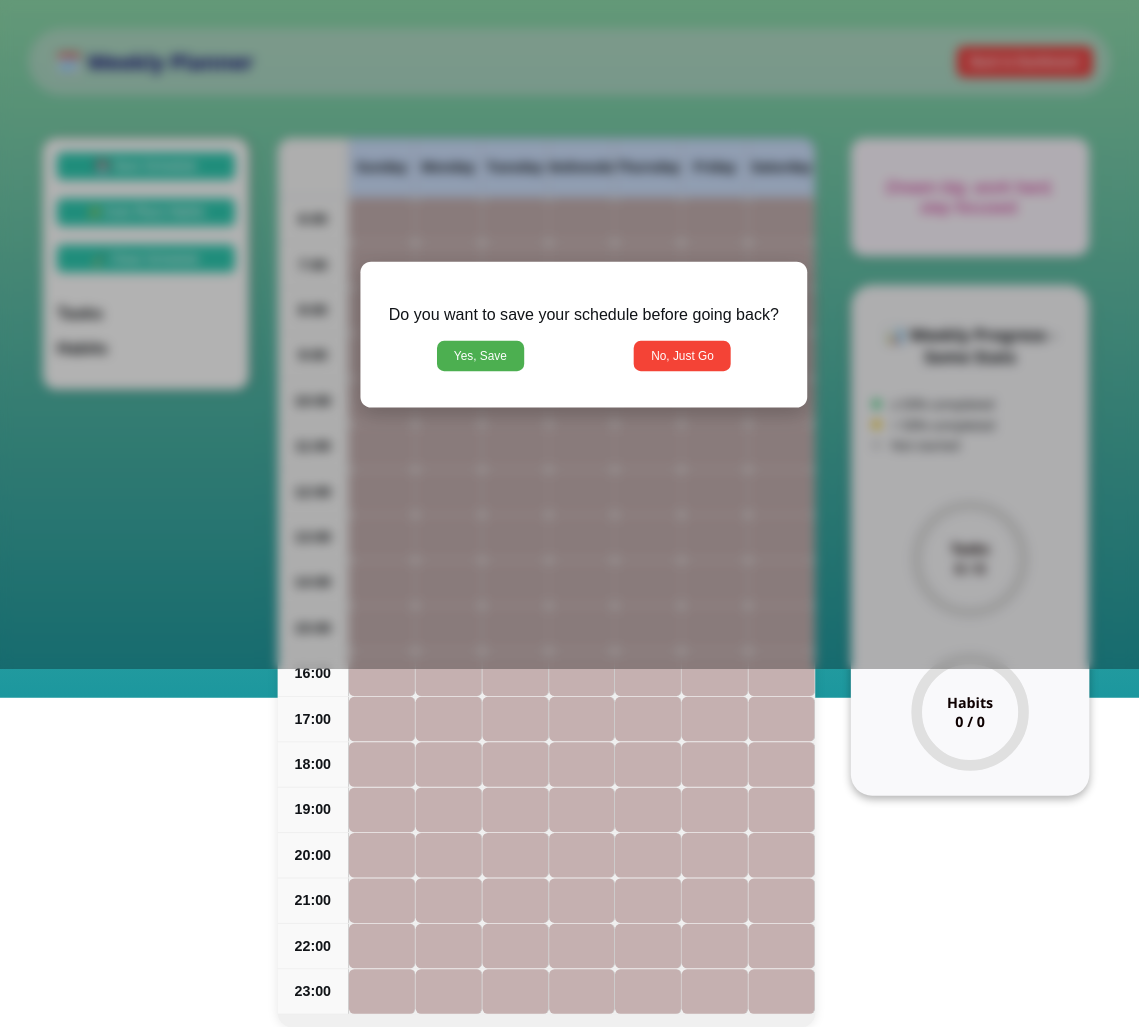
Repository: RachelB9913/smart-task-and-habit-tracker
Page: /schedule, after clicking the first element matching `button.logout-button`
The author's editor kept a copy of each file at every save. The page is drawn from the files as they stood at one save, then again after the next save.
The browser window is 1280 px wide. The pictures show the whole page, at 89% of full size.
The project was rebuilt for these pictures with package versions that can differ from the ones it lists, and the page was loaded fresh each time. Also part of the build but not shown: src/components/PageWrapper.js, src/components/welcome.js, src/services/api.js, src/components/Login.js, src/components/Register.js, src/components/DashBoard.js.

Above is the page before, as saved 2025-06-29 20:59:44.

After the next save:
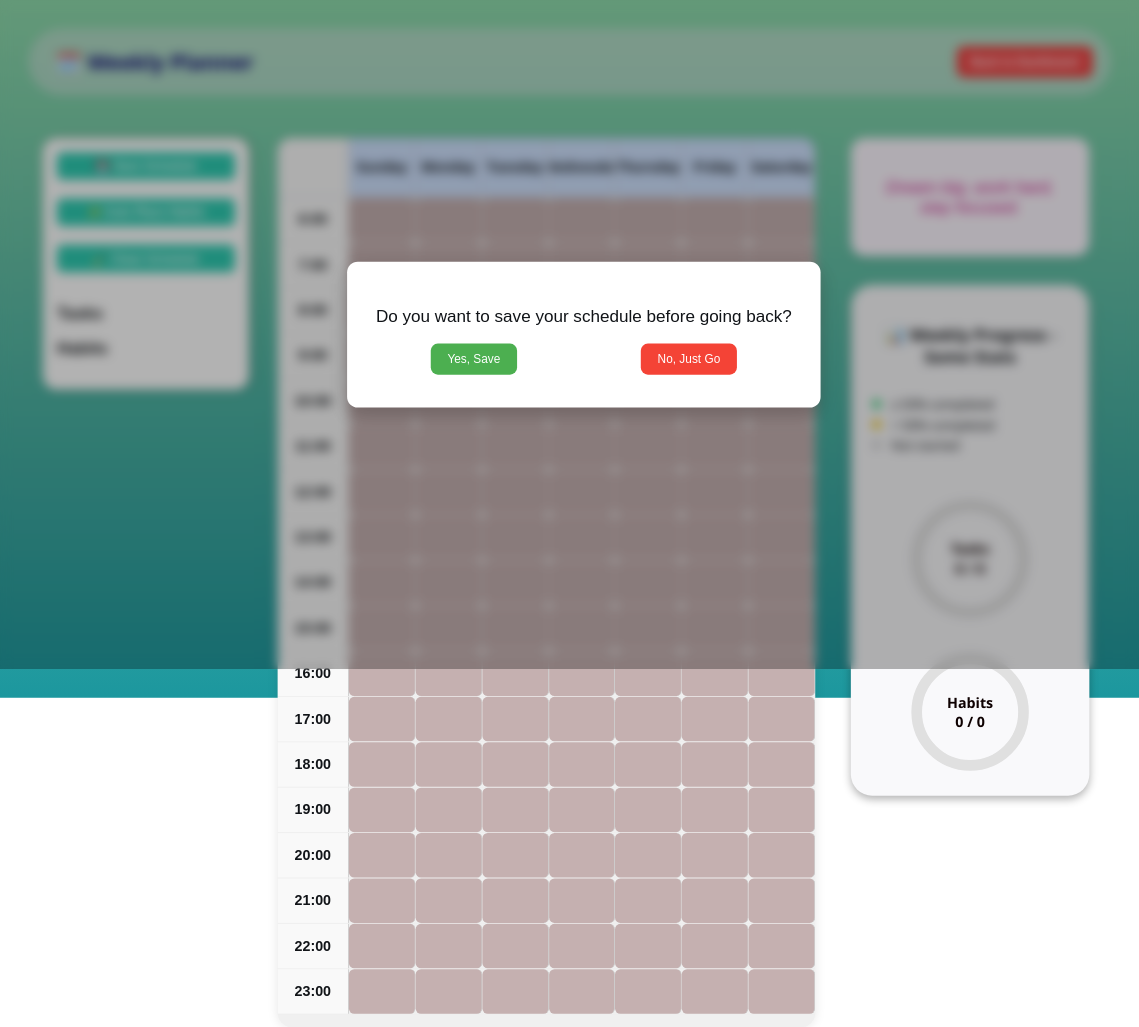
Saved 7 s later.
--- a/src/components/SchedulePlanner.css
+++ b/src/components/SchedulePlanner.css
@@ -255,7 +255,7 @@
   max-width: 70vw;
   min-height: 100px;
   padding: 2rem;
-  font-size: large;
+  font-size: larger;
 }
 
 @media (max-width: 600px) {
